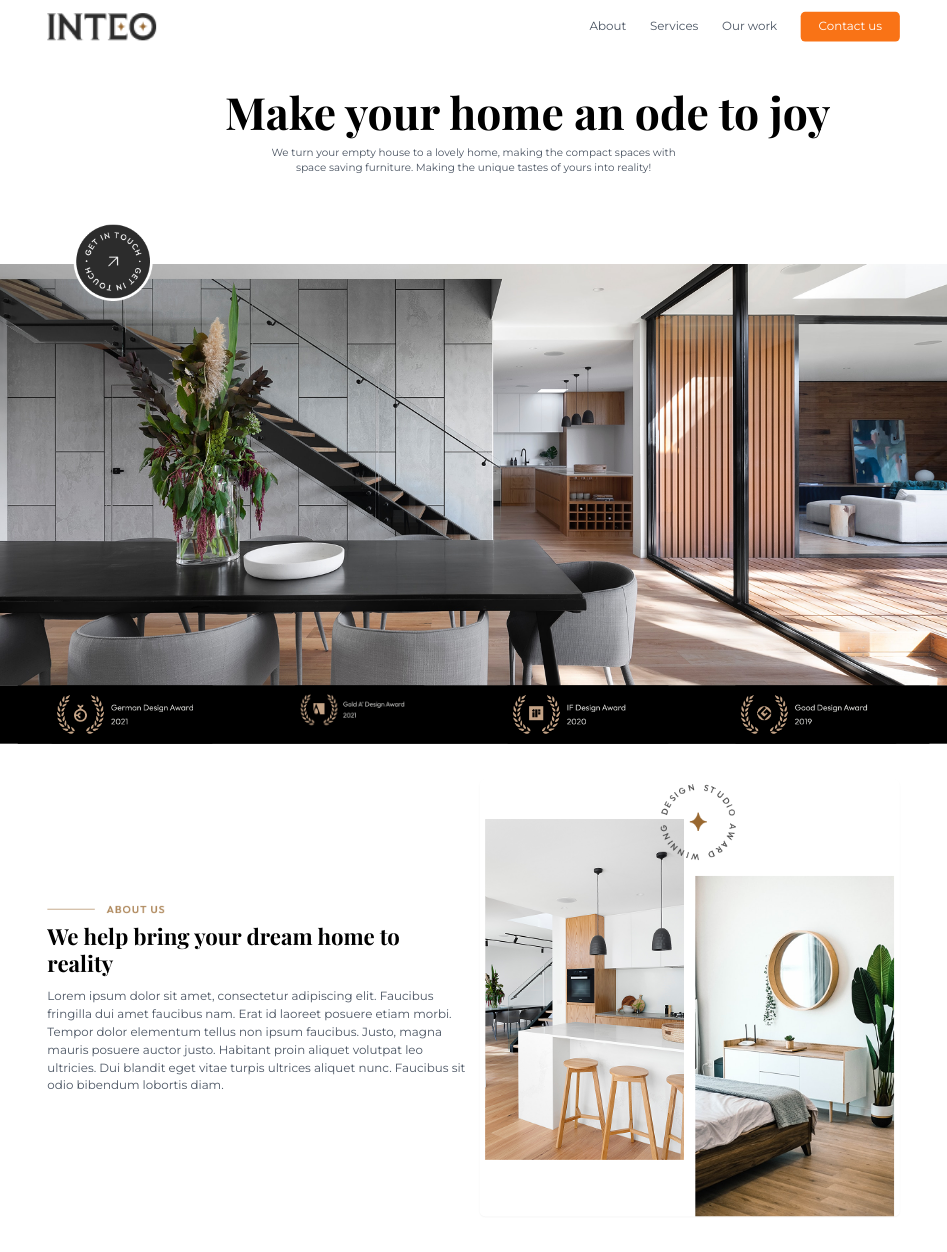
Repository: CatherinneJ/responsive-tailwind-website
Page: tailwind.html
An editor plug-in stored every save of this project. The page is shown before and after the next save, followed by the edit.
The browser window is 1280 px wide. The pictures show the whole page, at 74% of full size.
Some web libraries are served in a nearby version.

Above is the page before, as saved 2025-05-21 19:33:24.

### tailwind.html
<!DOCTYPE html>
<html lang="en">

<head>
    <meta charset="UTF-8">
    <meta name="viewport" content="width=device-width, initial-scale=1.0">
    <title>NTEO - Make your home an ode to joy</title>
    <script src="https://cdn.tailwindcss.com"></script>
    <link
        href="https://fonts.googleapis.com/css2?family=Playfair+Display:wght@400;700&family=Montserrat:wght@300;400;500;600&display=swap"
        rel="stylesheet">
    <style>
        .font-playfair {
            font-family: 'Playfair Display', serif;
        }

        body {
            font-family: 'Montserrat', sans-serif;
        }
    </style>
</head>

<body class="bg-white">
    <header class="py-3 px-4 sm:py-4 sm:px-6 lg:px-16">
        <nav class="flex justify-between items-center">
            <img src="./Assets/Logo.png" alt="logo" class="h-8 sm:h-10">
            <ul class="flex space-x-4 sm:space-x-6 md:space-x-8 items-center">
                <li class="hidden sm:inline-block text-gray-600 hover:text-black text-sm sm:text-base">About</li>
                <li class="hidden sm:inline-block text-gray-600 hover:text-black text-sm sm:text-base">Services</li>
                <li class="hidden md:inline-block text-gray-600 hover:text-black text-sm sm:text-base">Our work</li>
                <li
                    class="bg-orange-500 text-white px-4 py-1 sm:px-6 sm:py-2 rounded-md hover:bg-orange-600 text-sm sm:text-base">
                    Contact us</li>
            </ul>
        </nav>
    </header>
    <section
        class="flex flex-col items-center justify-center px-4 sm:px-6 lg:px-16 pt-6 pb-3 sm:pt-8 sm:pb-4 md:pt-12 md:pb-8 text-center">
        <h1
            class="text-3xl sm:text-4xl md:text-5xl lg:text-6xl font-bold whitespace-normal sm:whitespace-nowrap font-playfair mb-3 sm:mb-4 max-w-2xl">
            Make your home an ode to joy
        </h1>

        <p class="text-base sm:text-lg md:text-sm text-gray-600 mb-6 sm:mb-8 max-w-md sm:max-w-xl">
            We turn your empty house to a lovely home, making the compact spaces with space saving furniture. Making the
            unique tastes of yours into reality!
        </p>
    </section>

    <section class="mt-0">
        <img src="./Assets/Creative.png" class="w-full sm:whitespace-wrap" alt="Creative">
    </section>

    <section id="awards" class=" bg-black mt-0 sm:px-6">
        <div class="grid grid-cols-1 md:grid-cols-2 bg-black lg:grid-cols-4 gap-4 px-2 bg-black">

            <img src="./Assets/Awards1.png" class="w-2/3 sm:w-2/3 md:w-3/5 lg:w-3/4 mx-auto bg-black p-2 rounded-sm "
                alt="award1">
            <img src="./Assets/Awards 2.png" class="w-2/3 sm:w-2/3 md:w-3/5 lg:w-4/4 mx-auto bg-black p-2 rounded-sm"
                alt="award2">
            <img src="./Assets/Awards 3.png" class="w-2/3 sm:w-2/3 md:w-3/5 lg:w-3/4 mx-auto bg-black p-2 rounded-sm"
                alt="award3">
            <img src="./Assets/Awards 4.png" class="w-2/3 sm:w-2/2 md:w-3/5 lg:w-3/4 mx-auto bg-black p-2 rounded-sm"
                alt="award4">

        </div>
    </section>

    <section class="flex flex-col md:flex-row items-center gap-3 sm:gap-4 px-4 sm:px-6 lg:px-16 py-6 sm:py-8 md:py-12">
        <div class="md:w-1/2 order-2 md:order-1 mt-4 md:mt-0">

            <img src="./Assets/Eyebrow.png" class="mb-2 h-6 sm:h-4 md:h-5" alt="About us">

            <h2 class="text-xl sm:text-2xl md:text-3xl font-playfair font-bold mb-3 sm:mb-4">
                We help bring your dream home to reality
            </h2>
            <p class="text-gray-600 text-sm sm:text-base">
                Lorem ipsum dolor sit amet, consectetur adipiscing elit. Faucibus fringilla dui amet faucibus nam. Erat
                id laoreet posuere etiam morbi. Tempor dolor elementum tellus non ipsum faucibus. Justo, magna mauris
                posuere auctor justo. Habitant proin aliquet volutpat leo ultricies. Dui blandit eget vitae turpis
                ultrices aliquet nunc. Faucibus sit odio bibendum lobortis diam.
            </p>
        </div>
        <div class="md:w-1/2 order-1 md:order-2">
            <img src="./Assets/Section.png" alt="Home design" class="w-full rounded-lg shadow-sm">
        </div>
    </section>
</body>

</html>

After the next save:
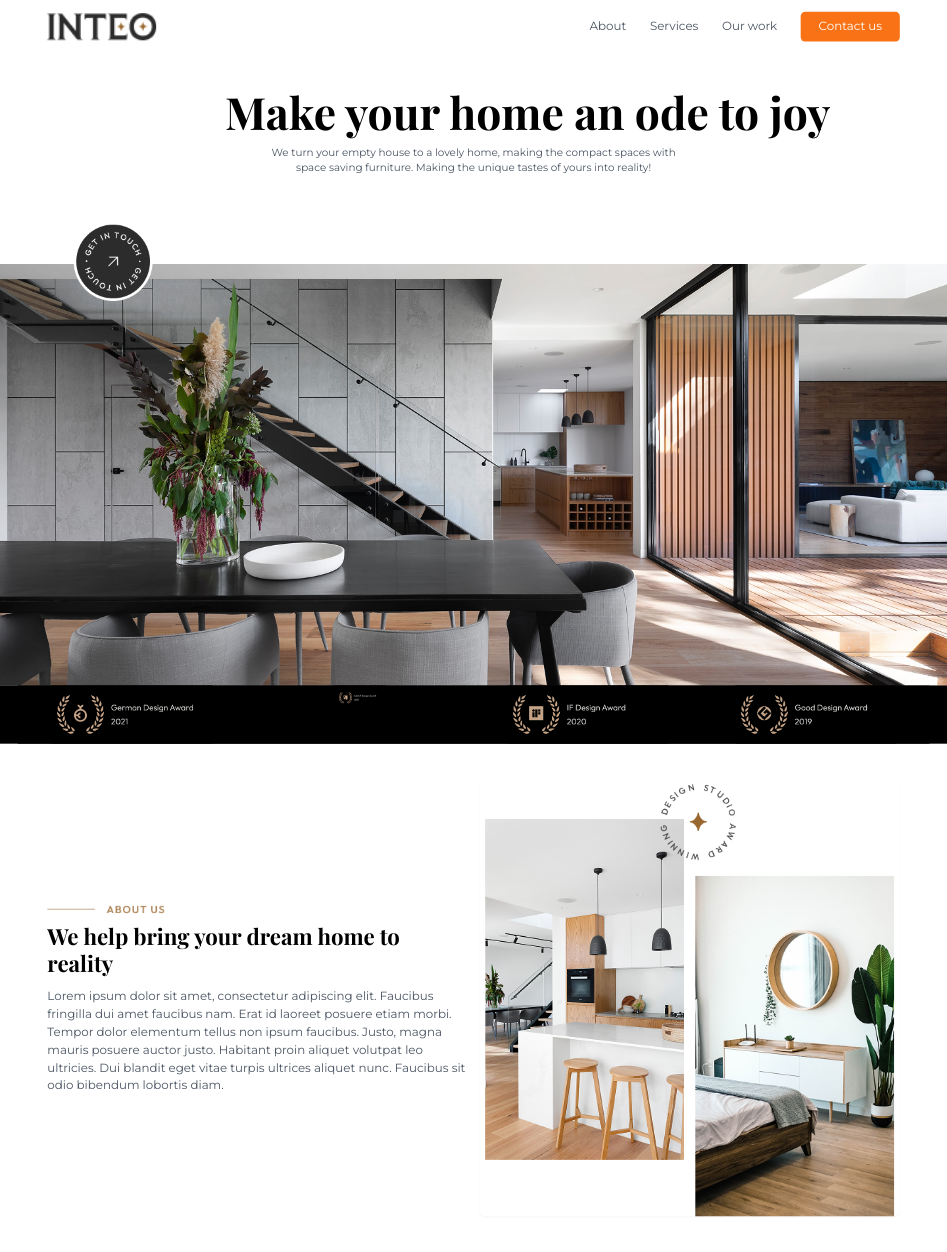
Saved 7 s later.
--- a/tailwind.html
+++ b/tailwind.html
@@ -56,7 +56,7 @@
 
             <img src="./Assets/Awards1.png" class="w-2/3 sm:w-2/3 md:w-3/5 lg:w-3/4 mx-auto bg-black p-2 rounded-sm "
                 alt="award1">
-            <img src="./Assets/Awards 2.png" class="w-2/3 sm:w-2/3 md:w-3/5 lg:w-4/4 mx-auto bg-black p-2 rounded-sm"
+            <img src="./Assets/Awards 2.png" class="w-2/3 sm:w-2/3 md:w-3/5 lg:w-1/4 mx-auto bg-black p-2 rounded-sm"
                 alt="award2">
             <img src="./Assets/Awards 3.png" class="w-2/3 sm:w-2/3 md:w-3/5 lg:w-3/4 mx-auto bg-black p-2 rounded-sm"
                 alt="award3">
